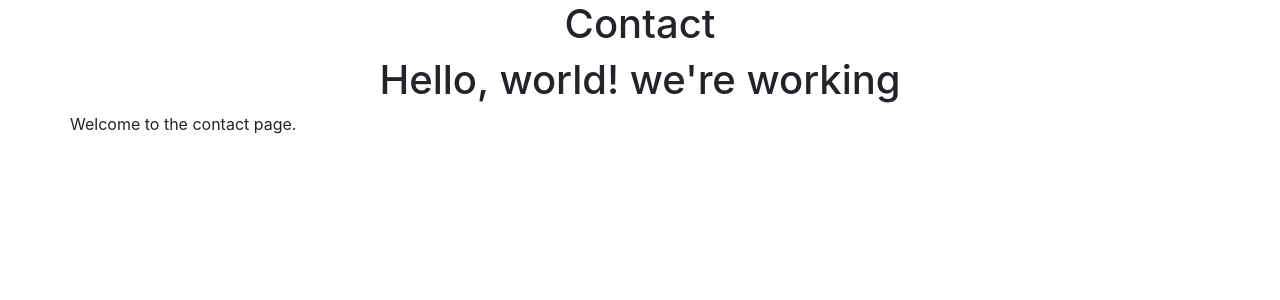
Repository: mjmaix/django101
Page: http://localhost/contact/
These files come from the project's save history. The page is drawn as it stood at one moment and after the next save; the edit follows.
The browser window is 1280 px wide. The pictures show the whole page.
Some web libraries are served in a nearby version. The page is served by the project's application, run on Django 2.2 (ecommerce/src/manage.py).

Above is the page before, as saved 2018-03-31 22:37:19.

After the next save:
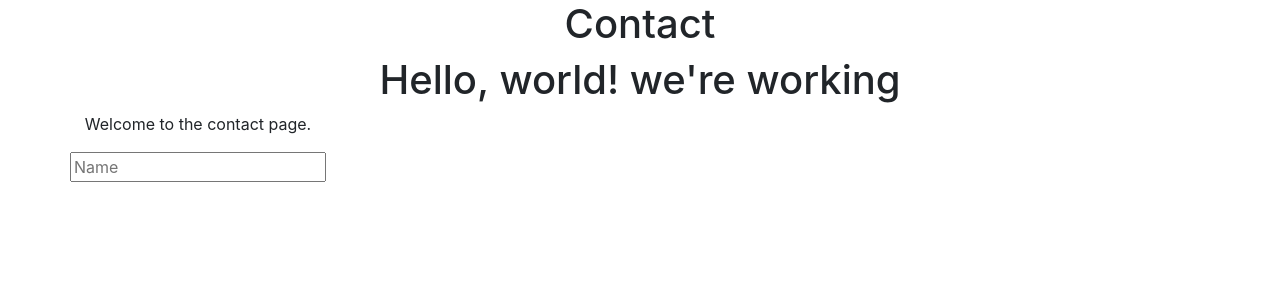
Saved 33 s later.
--- a/ecommerce/src/templates/contact/view.html
+++ b/ecommerce/src/templates/contact/view.html
@@ -20,6 +20,9 @@
         <div class='row'>
             <div class='column'>
                 <p>{{ content }}</p>
+                <form>
+                    <input type='text' placeholder="Name" name='full_name' />
+                </form>
             </div>
         </div>
     </div>
